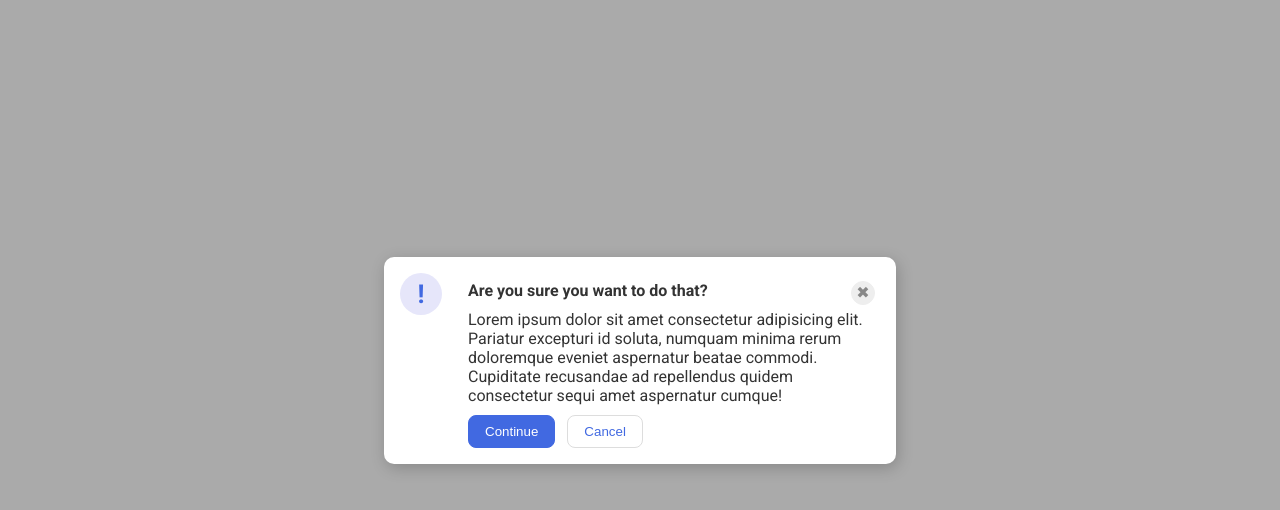
Repository: bbrockbrown/css-exercises
Page: flex/05-flex-modal/index.html
The author's editor kept a copy of each file at every save. The page is drawn from the files as they stood at one save, then again after the next save.
The browser window is 1280 px wide. The pictures show the whole page.

Above is the page before, as saved 2024-07-21 18:07:31.

### flex/05-flex-modal/index.html
<!DOCTYPE html>
<html lang="en">
  <head>
    <meta charset="UTF-8">
    <meta http-equiv="X-UA-Compatible" content="IE=edge">
    <meta name="viewport" content="width=device-width, initial-scale=1.0">
    <link rel="stylesheet" href="style.css">
    <title>Modal</title>
  </head>
  <body>
    <div class="modal">
      <div class="icon-container">
        <div class="icon">!</div>
      </div>


      <div class="content">
        <div class="exit">
          <div class="header" style="font-weight: bold">Are you sure you want to do that?</div>
          <button class="close-button">✖</button>
        </div>

        <div class="content-text">
          <div class="text">Lorem ipsum dolor sit amet consectetur adipisicing elit. Pariatur excepturi id soluta, numquam minima rerum doloremque eveniet aspernatur beatae commodi. Cupiditate recusandae ad repellendus quidem consectetur sequi amet aspernatur cumque!</div>
        </div>

        <div class="button-options">
          <button class="continue">Continue</button>
          <button class="cancel">Cancel</button>
        </div>

      </div>


    </div>
  </body>
</html>

### flex/05-flex-modal/style.css
@import url('https://fonts.googleapis.com/css2?family=Roboto:wght@400;700&display=swap');

html, body {
  height: 100%;
}

body {
  font-family: Roboto, sans-serif;
  margin: 0;
  background: #aaa;
  color: #333;
  /* I'll give you this one for free lol */
  display: flex;
  align-items: center;
  justify-content: center;
}

.content {
  display: flex;
  flex-direction: column;
  text-align: left;
}

.exit {
  display: flex;
  margin-top: 8px;
  justify-content: space-between;
  margin-right: 5px;
  margin-bottom: 5px;
}

.modal {
  background: white;
  width: 480px;
  border-radius: 10px;
  box-shadow: 2px 4px 16px rgba(0,0,0,.2);
  display: flex;
  padding: 16px;
  gap: 16px;
}

.icon-container {
  display: flex;
  margin-right: 10px;
}

.button-options {
  display: flex;
  gap: 12px;
  margin-top: 10px;
}

.icon {
  color: royalblue;
  font-size: 26px;
  font-weight: 700;
  background: lavender;
  width: 42px;
  height: 42px;
  border-radius: 50%;
  display: flex;
  align-items: center;
  justify-content: center;
}

.close-button {
  background: #eee;
  border-radius: 50%;
  color: #888;
  font-weight: 400;
  font-size: 16px;
  height: 24px;
  width: 24px;
  display: flex;
  align-items: center;
  justify-content: center;
  border: 1px solid #eee;
  padding: 0;
}

button {
  cursor: pointer;
  padding: 8px 16px;
  border-radius: 8px;
}

button.continue {
  background: royalblue;
  border: 1px solid royalblue;
  color: white;
}

button.cancel {
  background: white;
  border: 1px solid #ddd;
  color: royalblue;
}

After the next save:
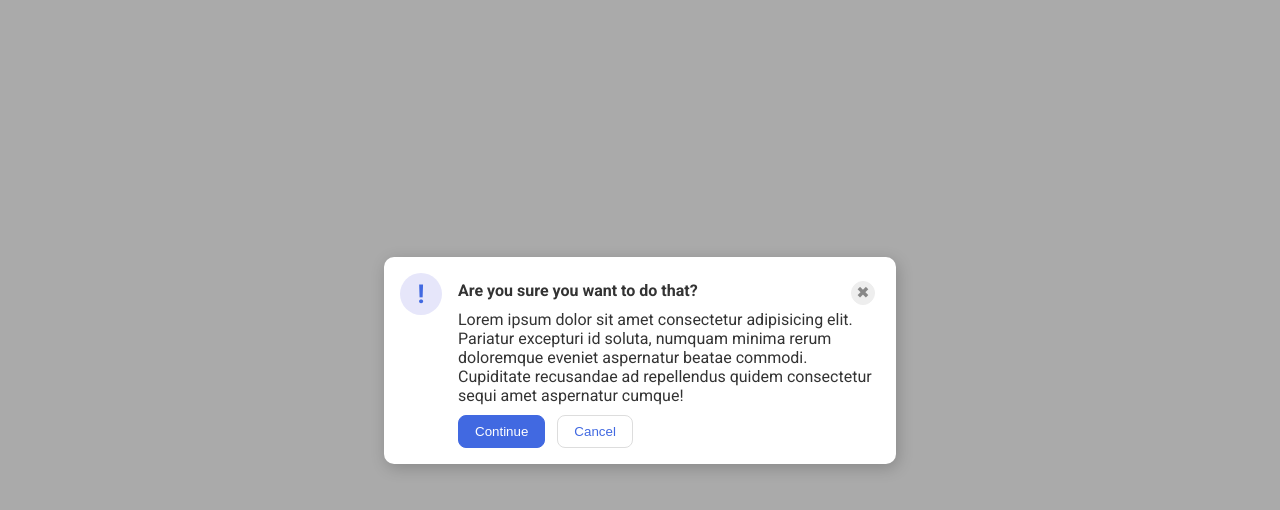
Saved 2 min 25 s later.
--- a/flex/05-flex-modal/style.css
+++ b/flex/05-flex-modal/style.css
@@ -41,7 +41,6 @@ body {
 
 .icon-container {
   display: flex;
-  margin-right: 10px;
 }
 
 .button-options {
